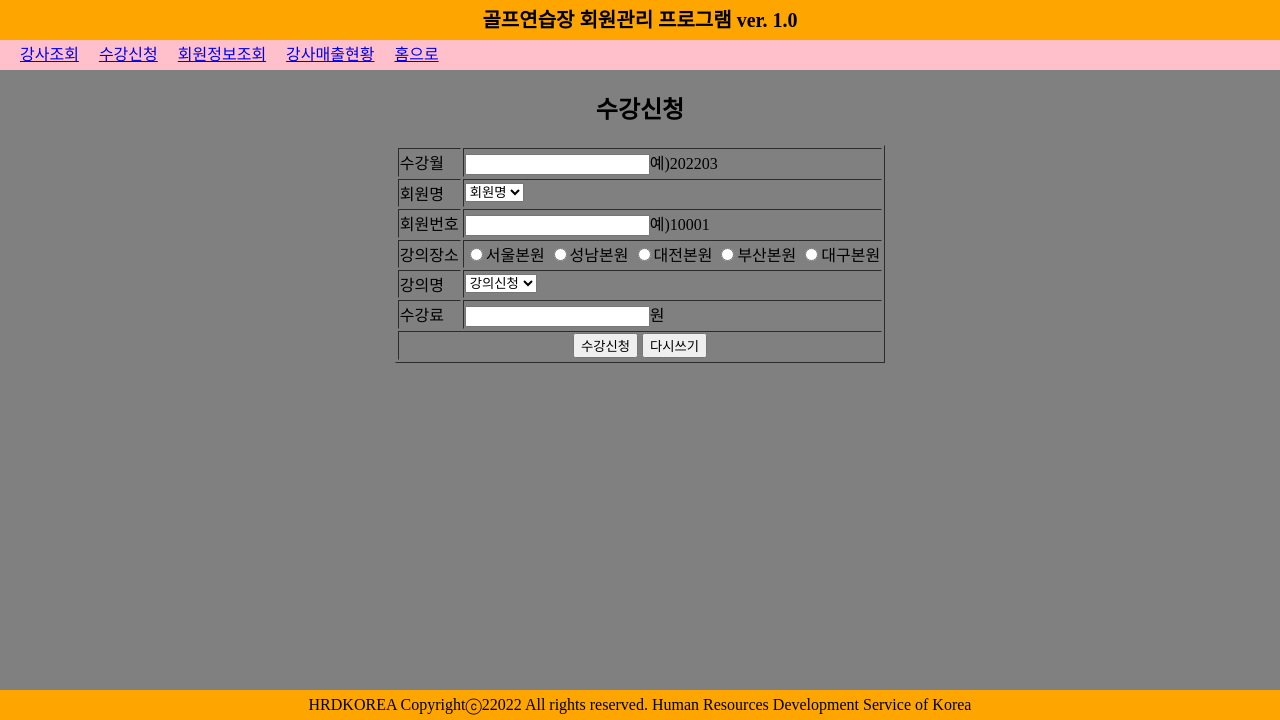
Repository: leesuyeon116/HRD_3
Page: http://localhost/HRD_0505/insert.jsp
An editor plug-in stored every save of this project. The page is shown before and after the next save, followed by the edit.
The browser window is 1280 px wide. The pictures show the whole page.
The page is served by Tomcat 9.

Above is the page before, as saved 2024-05-05 10:34:16.
Console error: SyntaxError: Unexpected end of input

### workspace/HRD_0505/src/main/webapp/insert.jsp
<%@ page language="java" contentType="text/html; charset=UTF-8"
    pageEncoding="UTF-8"%>
<!DOCTYPE html>
<html>
<head>
<meta charset="UTF-8">
<title>insert</title>
</head>
<body>
<script type="text/javascript" src="check.js"></script>
<jsp:include page="header.jsp"></jsp:include>
<section style="position: fixed; top: 70px; left: 0px; width: 100%; height: 100%; background-color: gray">
<h2 style="text-align: center">수강신청</h2>
	<form style="display: flex; align-items: center; justify-content: center">
		<table border="1">
			<tr>
				<td>수강월</td>
				<td><input type="text" name="regist_month">예)202203</td>
			</tr>

			<tr>
				<td>회원명</td>
					<td>
						<select name="c_name">
							<option value="">회원명</option>
							<option value="1">홍길동</option>
							<option value="2">장발장</option>
							<option value="3">임꺽정</option>
							<option value="4">성춘향</option>
							<option value="5">이몽룡</option>
						</select>
					</td>
			</tr>

			<tr>
				<td>회원번호</td>
				<td><input type="text" name="c_no">예)10001</td>
			</tr>

			<tr>
				<td>강의장소</td>
					<td>
						<input type="radio" name="class_area" value="1">서울본원
						<input type="radio" name="class_area" value="2">성남본원
					 	<input type="radio" name="class_area" value="3">대전본원
						<input type="radio" name="class_area" value="4">부산본원
						<input type="radio" name="class_area" value="5">대구본원
					</td>
			</tr>

			<tr>
				<td>강의명</td>
					<td>
						<select name="class_name">
							<option value="">강의신청</option>
							<option value="1">초급반</option>
							<option value="2">중급반</option>
							<option value="3">고급반</option>
							<option value="4">심화반</option>
						</select>
					</td>
			</tr>

			<tr>
				<td>수강료</td>
				<td><input type="text" name="class_price">원</td>
			</tr>

			<tr>
				<td colspan="2" style="text-align: center">
					<input type="button" value="수강신청" onclick="insert()">
					<input type="button" value="다시쓰기" onclick="res()">
				</td>
			</tr>
		</table>
	</form>

</section>

<jsp:include page="footer.jsp"></jsp:include>
</body>
</html>

### workspace/HRD_0505/src/main/webapp/header.jsp
<%@ page language="java" contentType="text/html; charset=UTF-8"
    pageEncoding="UTF-8"%>
<!DOCTYPE html>
<html>
<head>
<meta charset="UTF-8">
<title>header</title>
</head>
<body>
<header style="position: fixed; top: 0px; left: 0px; width: 100%; height: 40px; line-height: 40px; background-color: orange;
	text-align: center; font-size: 20px">
<b>골프연습장 회원관리 프로그램 ver. 1.0</b>
</header>

<nav style="position: fixed; top: 40px; left: 0px; width: 100%; height: 30px; line-height: 30px; background-color: pink;
	padding-left: 20px">
	<a href="tlist.jsp">강사조회</a> &nbsp; &nbsp;
	<a href="insert.jsp">수강신청</a> &nbsp; &nbsp;
	<a href="mlist.jsp">회원정보조회</a> &nbsp; &nbsp;
	<a href="salary.jsp">강사매출현황</a> &nbsp; &nbsp;
	<a href="index.jsp">홈으로</a> &nbsp; &nbsp;
</nav>
</body>
</html>

### workspace/HRD_0505/src/main/webapp/footer.jsp
<%@ page language="java" contentType="text/html; charset=UTF-8"
    pageEncoding="UTF-8"%>
<!DOCTYPE html>
<html>
<head>
<meta charset="UTF-8">
<title>footer</title>
</head>
<body>
<footer style="position: fixed; bottom: 0px; left: 0px; width: 100%; height: 30px; line-height: 30px; background-color: orange;
	text-align: center">
	HRDKOREA Copyrightⓒ22022 All rights reserved. Human Resources Development Service of Korea
</footer>
</body>
</html>

Loaded but not shown: workspace/HRD_0505/src/main/webapp/check.js (common file)

After the next save:
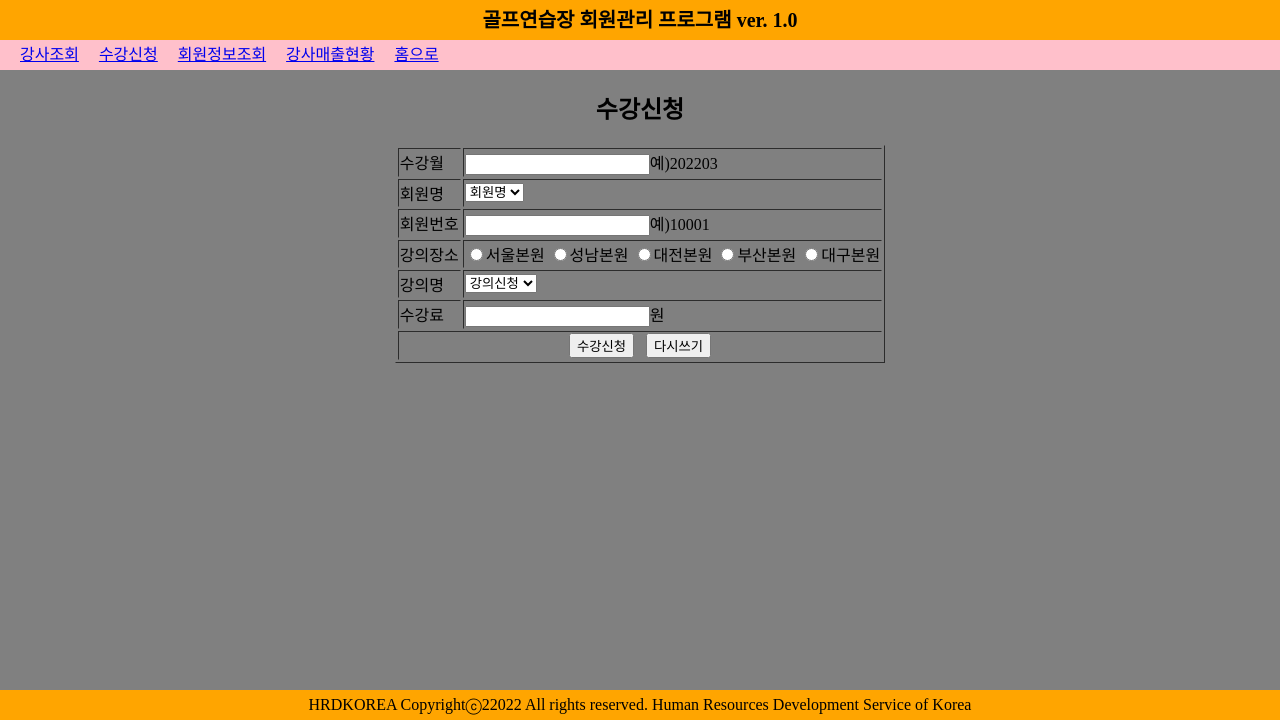
Saved 8 s later.
--- a/workspace/HRD_0505/src/main/webapp/insert.jsp
+++ b/workspace/HRD_0505/src/main/webapp/insert.jsp
@@ -68,7 +68,7 @@
 
 			<tr>
 				<td colspan="2" style="text-align: center">
-					<input type="button" value="수강신청" onclick="insert()">
+					<input type="button" value="수강신청" onclick="insert()"> &nbsp;
 					<input type="button" value="다시쓰기" onclick="res()">
 				</td>
 			</tr>
